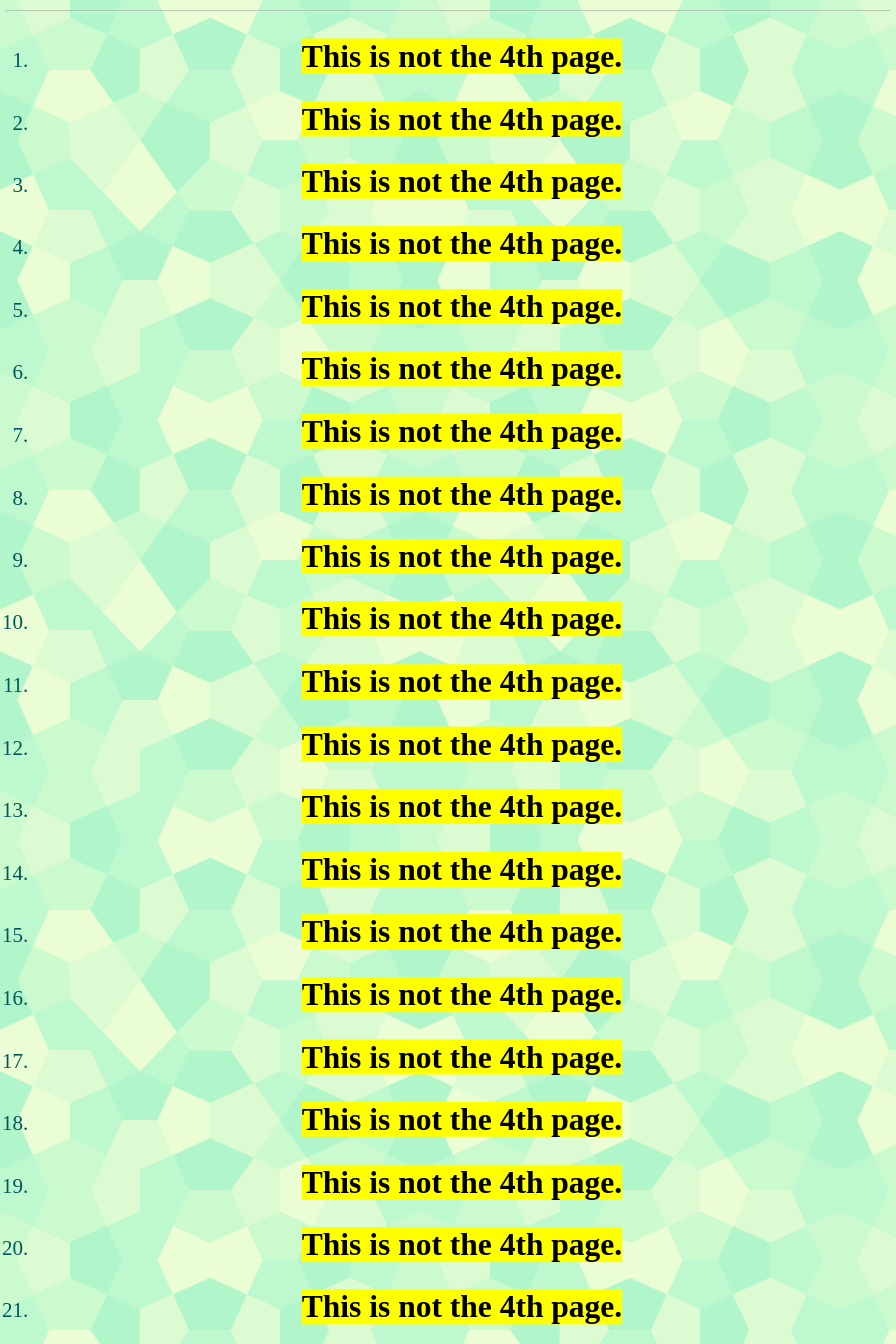
Repository: yiy225/yiy225.github.io
Page: page 4.1.html
The author's editor kept a record of every edit. The page is drawn from the files as they stood at one moment, then again after the next edit.
The browser window is 1280 px wide. The pictures show the part of the page from y = 0 to 1920 px (the page is 4360 px tall before and 7762 px after), at 70% of full size.

Above is the page before.

After the next edit:
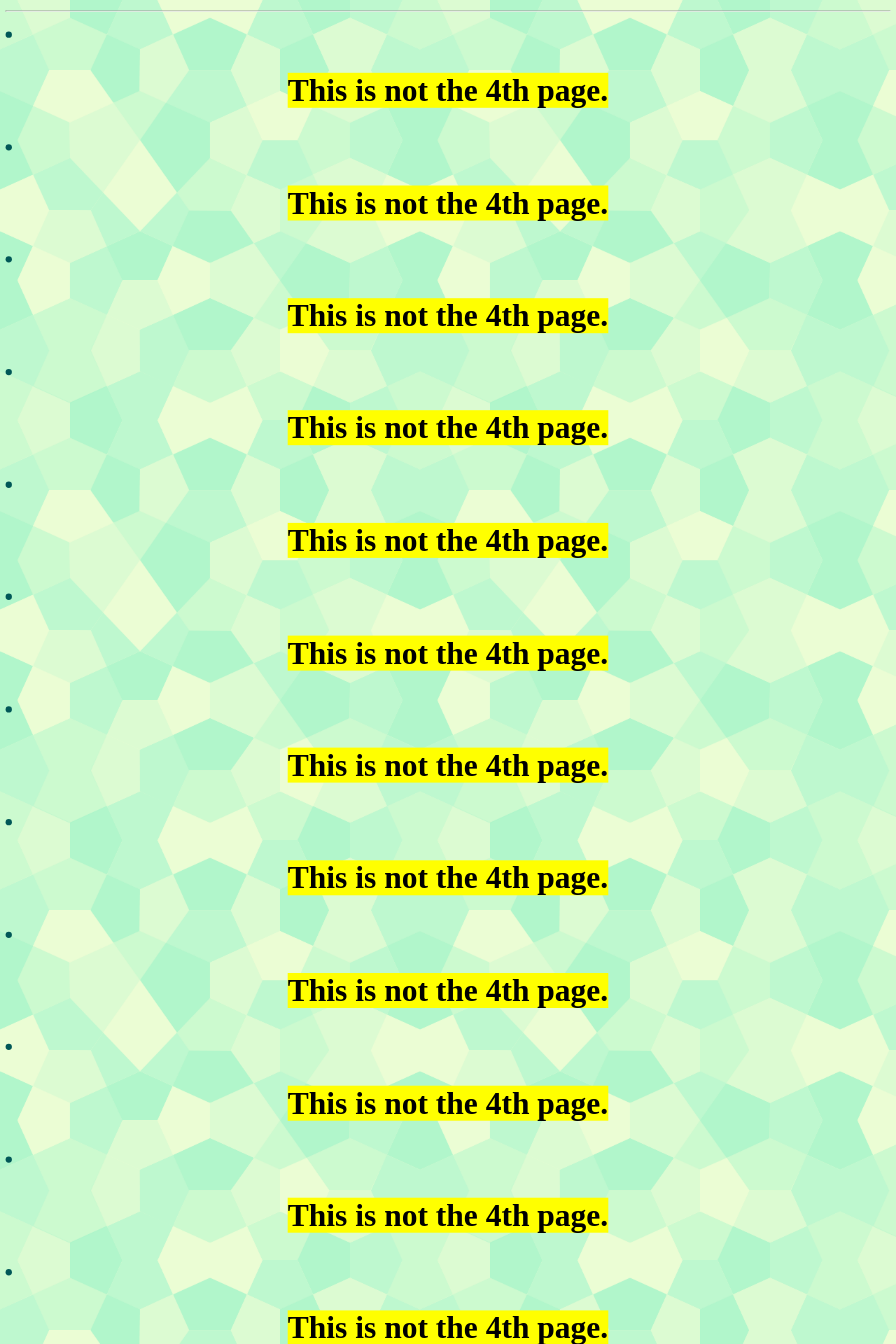
The edit:
--- a/page 4.1.html
+++ b/page 4.1.html
@@ -6,7 +6,6 @@
     </head>
 <body bgcolor=#0000FF>
         <hr />
-        <ol>
         <li><center><h2><mark>This is not the 4th page.</mark></font></h2></center></li>
         <li><center><h2><mark>This is not the 4th page.</mark></font></h2></center></li>
         <li><center><h2><mark>This is not the 4th page.</mark></font></h2></center></li>
